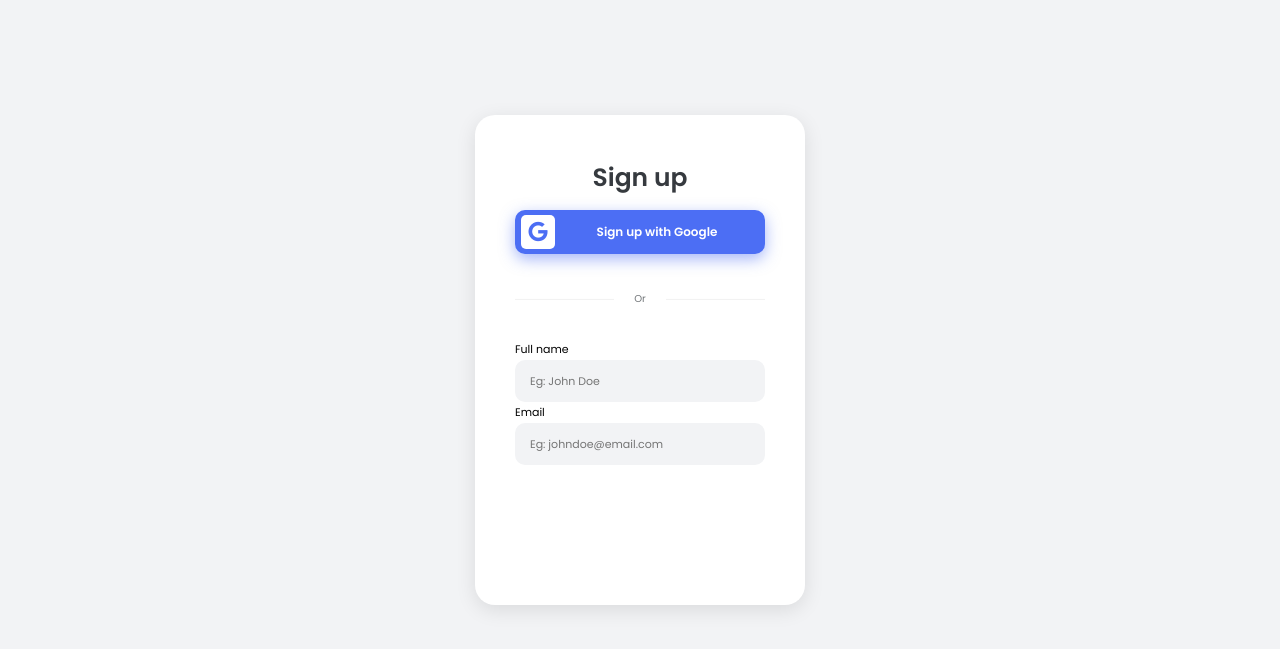
Repository: TranMinhMan040702/practice_html-css
Page: form-login/index.html
The author's editor kept a copy of each file at every save. The page is drawn from the files as they stood at one save, then again after the next save.
The browser window is 1280 px wide. The pictures show the whole page.
Some web libraries are served in a nearby version.

Above is the page before, as saved 2022-08-24 13:39:16.

### form-login/index.html
<!DOCTYPE html>
<html lang="en">
<head>
    <meta charset="UTF-8">
    <meta http-equiv="X-UA-Compatible" content="IE=edge">
    <meta name="viewport" content="width=device-width, initial-scale=1.0">
    <link href="https://fonts.googleapis.com/css2?family=Poppins:wght@300;400;600&display=swap" rel="stylesheet">
    <link rel="stylesheet" href="https://cdnjs.cloudflare.com/ajax/libs/font-awesome/6.1.2/css/all.min.css" integrity="sha512-1sCRPdkRXhBV2PBLUdRb4tMg1w2YPf37qatUFeS7zlBy7jJI8Lf4VHwWfZZfpXtYSLy85pkm9GaYVYMfw5BC1A==" crossorigin="anonymous" referrerpolicy="no-referrer" />
    <title>Sign up</title>
    <link rel="stylesheet" href="reset.css">
    <link rel="stylesheet" href="main.css">
</head>
<body>
    <div class="singup">
        <div class="signup-heading">
            <h1>Sign up</h1>
        </div>
        <button class="signup-social">
            <i class="fa-brands fa-google signup-social-icon"></i>
            <span class="signup-social-text">
                Sign up with Google
            </span>
        </button>

        <div class="signup-or">
            <span>Or</span>
        </div>

        <form action="" class="signup-form">
            <label for="fullname"  class="signup-label">Full name</label>
            <input type="text" placeholder="Eg: John Doe" name="fullname" id="fullname" class="signup-input">
            <label for="email"  class="signup-label">Email</label>
            <input type="text" placeholder="Eg: johndoe@email.com" name="email" id="email" class="signup-input">
        </form>

    </div>
</body>
</html>

### form-login/reset.css
html,
body,
div,
span,
applet,
object,
iframe,
h1,
h2,
h3,
h4,
h5,
h6,
p,
blockquote,
pre,
a,
abbr,
acronym,
address,
big,
cite,
code,
del,
dfn,
em,
img,
ins,
kbd,
q,
s,
samp,
small,
strike,
strong,
sub,
sup,
tt,
var,
b,
u,
i,
center,
dl,
dt,
dd,
ol,
ul,
li,
fieldset,
form,
label,
legend,
table,
caption,
tbody,
tfoot,
thead,
tr,
th,
td,
article,
aside,
canvas,
details,
embed,
figure,
figcaption,
footer,
header,
hgroup,
menu,
nav,
output,
ruby,
section,
summary,
time,
mark,
audio,
video {
  margin: 0;
  padding: 0;
  border: 0;
  font-size: 100%;
  font: inherit;
  vertical-align: baseline;
}
/* HTML5 display-role reset for older browsers */
article,
aside,
details,
figcaption,
figure,
footer,
header,
hgroup,
menu,
nav,
section {
  display: block;
}
body {
  line-height: 1;
}
ol,
ul {
  list-style: none;
}
blockquote,
q {
  quotes: none;
}
blockquote:before,
blockquote:after,
q:before,
q:after {
  content: "";
  content: none;
}
table {
  border-collapse: collapse;
  border-spacing: 0;
}

### form-login/main.css
html {
    font-size: 62.5%;
    font-family: "Poppins", sans-serif;
}

* {
    box-sizing: border-box;
}

body {
    width: 100%;
    height: 100vh;
    background-color: #f2f3f5;
    display: flex;
    justify-content: center;
    align-items: center;
}

.singup {
    max-width: 330px;
    width: 100%;
    height: 490px;
    background-color: #fff;
    padding: 50px 40px;
    border-radius: 20px;
    box-shadow: 0px 5px 20px rgba(0, 0, 0, 0.1);
}

.signup-heading {
    font-size: 2.5rem;
    font-weight: 600;
    color: #363a3f;
    text-align: center;
    margin-bottom: 20px;
}

.signup-social {
    padding: 6px;
    font-family: "Poppins", sans-serif;
    font-size: 1.2rem;
    font-weight: 600;
    color: #fff;
    width: 100%;
    height: 44px;
    border-radius: 10px;
    background-color: #4c6ef4;
    display: inline-block;
    border: none;
    box-shadow: 0px 5px 15px rgba(76, 110, 244, 0.5);
    cursor: pointer;
    display: flex;
    align-items: center;
}

.signup-social-icon {
    width: 34px;
    height: 34px;
    font-size: 2rem;
    background: #fff;
    border-radius: 5px;
    color: #4c6ef4;
    display: flex;
    justify-content: center;
    align-items: center;
}

.signup-social-text {
    display: inline-block;
    margin: 0 auto;
}

.signup-or {
    font-size: 1rem;
    color: #73777a;
    text-align: center;
    position: relative;
    margin: 30px 0;
}

.signup-or span {
    display: inline-block;
    padding: 10px 20px;
    background: #fff;
    z-index: 2;
    position: relative;
}

.signup-or::after {
    content: "";
    position: absolute;
    width: 100%;
    height: 0.1px;
    background-color: #73777a;
    opacity: 0.1;
    top: 50%;
    left: 0;
    transform: translateY(-50%);
}

.signup-label {
    display: block;
    font-size: 1.1rem;
    font-weight: 400;
    margin: 5px 0;
}

.signup-input {
    width: 100%;
    height: 42px;
    padding: 15px;
    font-family: "Poppins", sans-serif;
    font-size: 1.1rem;
    color: #d3d8dc;
    border: none;
    border-radius: 10px;
    background-color: #f2f3f5;
}

After the next save:
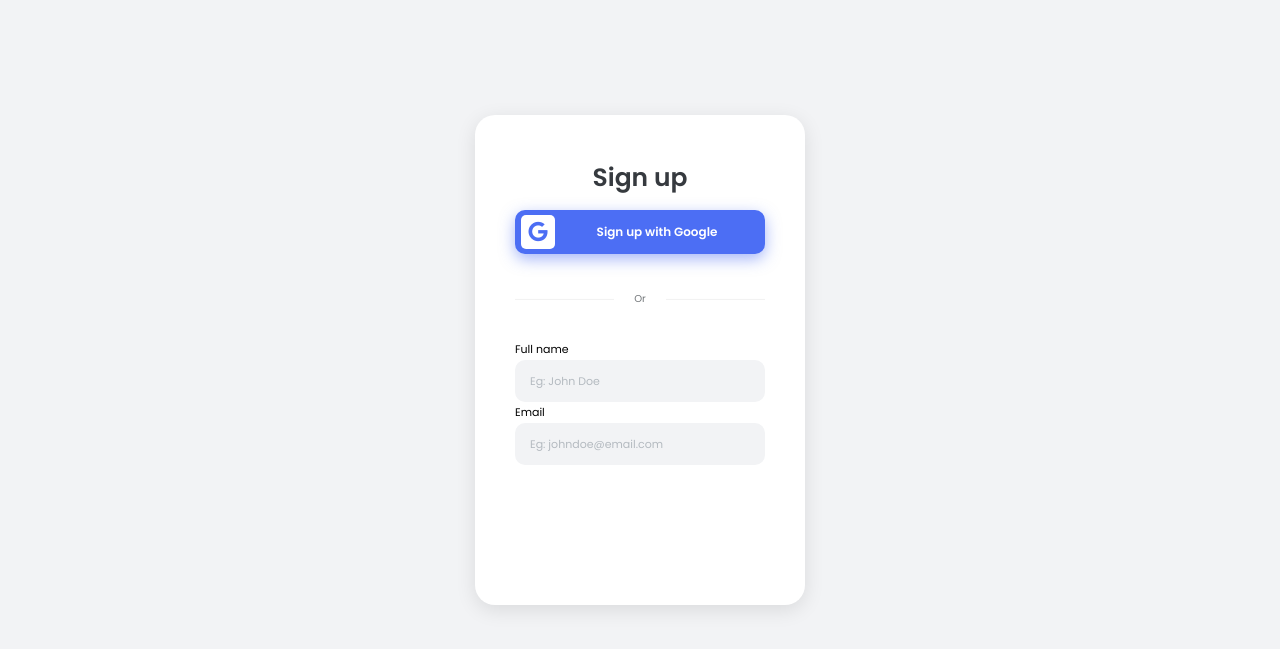
Saved 36 s later.
--- a/form-login/main.css
+++ b/form-login/main.css
@@ -110,8 +110,12 @@ body {
     padding: 15px;
     font-family: "Poppins", sans-serif;
     font-size: 1.1rem;
-    color: #d3d8dc;
     border: none;
     border-radius: 10px;
     background-color: #f2f3f5;
 }
+
+.signup-input::-webkit-input-placeholder {
+    color: #b4bac0;
+    font-weight: 500;
+  }
